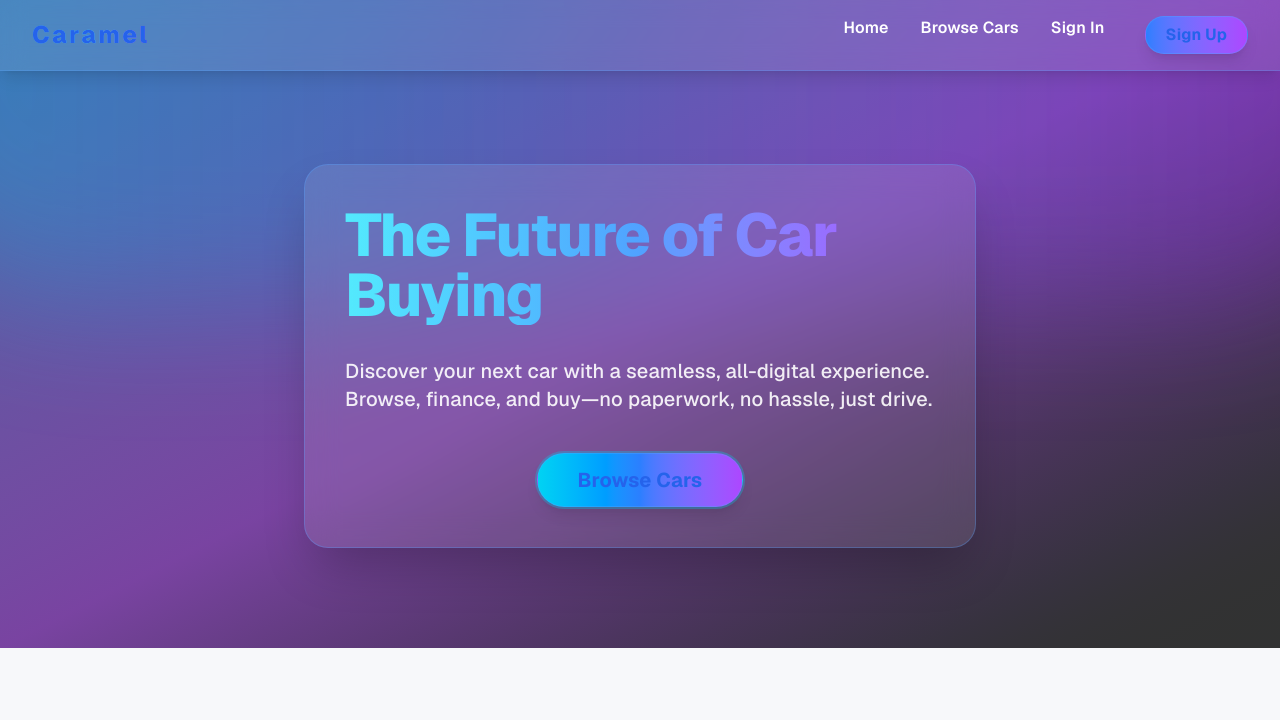
Repository: virat07/sellyourcar
Page: /
The author's editor kept a copy of each file at every save. The page is drawn from the files as they stood at one save, then again after the next save.
The browser window is 1280 px wide. The pictures show the whole page.
The project was rebuilt for these pictures with package versions that can differ from the ones it lists, and the page was loaded fresh each time. The framework's server and built-in components were replaced by stand-ins that run in the browser. Also part of the build but not shown: next.config.ts.

Above is the page before, as saved 2025-07-18 15:08:18.

After the next save:
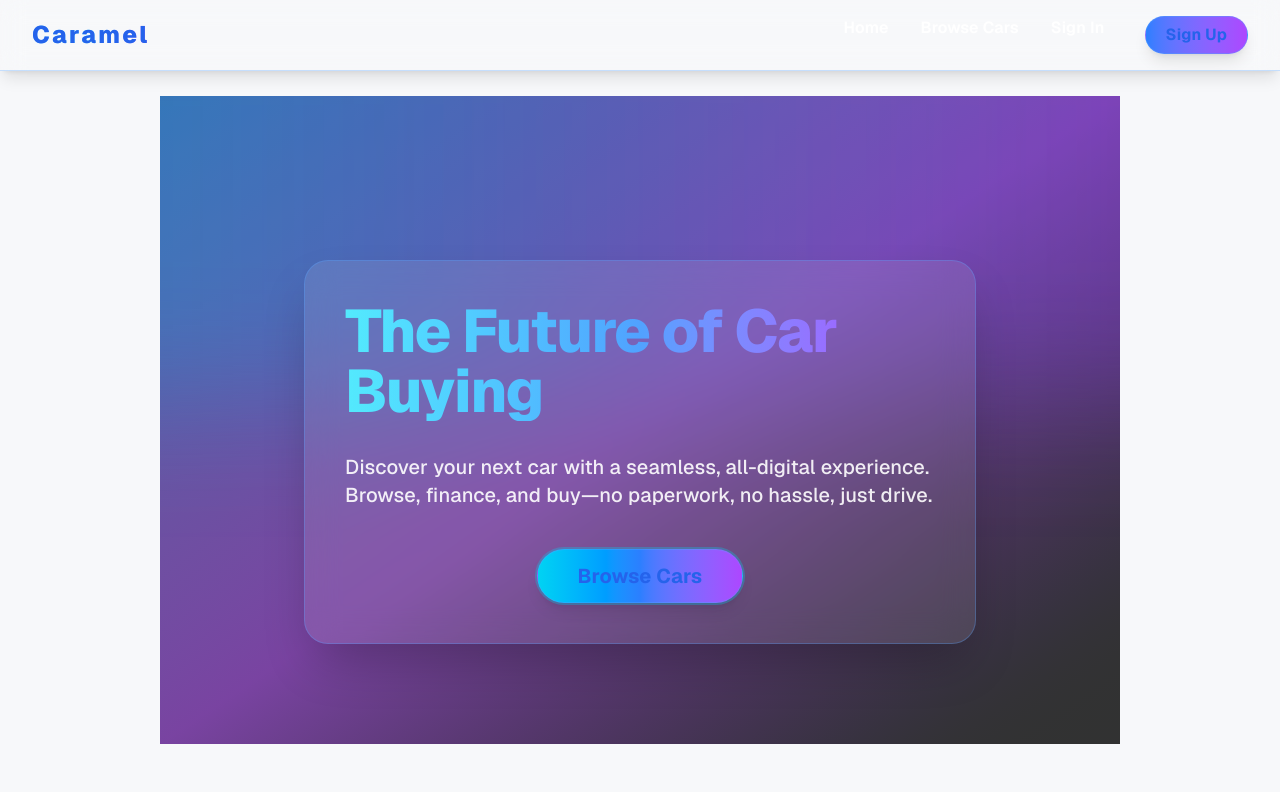
Saved 3 s later.
--- a/src/app/layout.tsx
+++ b/src/app/layout.tsx
@@ -25,11 +25,11 @@ export default function RootLayout({
 }>) {
   return (
     <html lang="en">
-      <body
-        className={`${geistSans.variable} ${geistMono.variable} antialiased`}
-      >
+      <body className={`${geistSans.variable} ${geistMono.variable} antialiased bg-[var(--background)] text-[var(--foreground)]`}>
         <NavBar />
-        {children}
+        <div className="max-w-5xl mx-auto px-4 sm:px-8 pt-24 pb-12">
+          {children}
+        </div>
       </body>
     </html>
   );
